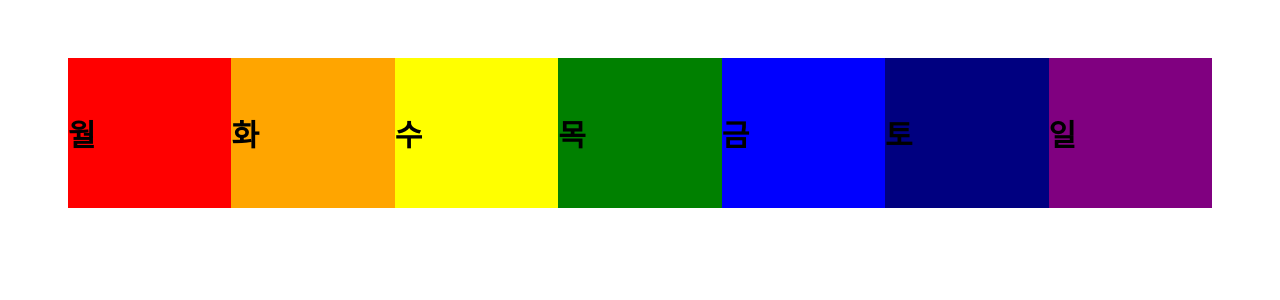
Repository: chopilyeon/JavaWeb
Page: LectureWeb/src/main/webapp/jquery/homework01.html
The author's editor kept a copy of each file at every save. The page is drawn from the files as they stood at one save, then again after the next save.
The browser window is 1280 px wide. The pictures show the whole page.

Above is the page before, as saved 2022-05-30 11:04:19.

After the next save:
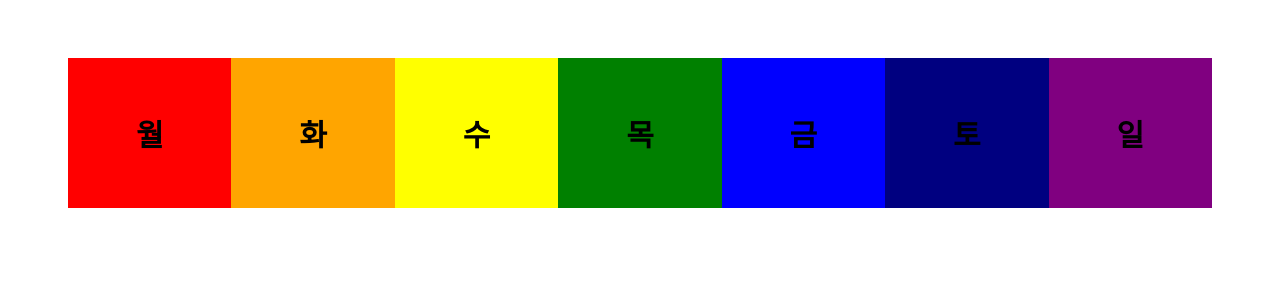
Saved 5 s later.
--- a/LectureWeb/src/main/webapp/jquery/homework01.html
+++ b/LectureWeb/src/main/webapp/jquery/homework01.html
@@ -46,7 +46,7 @@
 		display:flex;
 		align-items:center;
 		text-align:center;
-		justify-contents:center;
+		justify-content:center;
 	}
 
 
